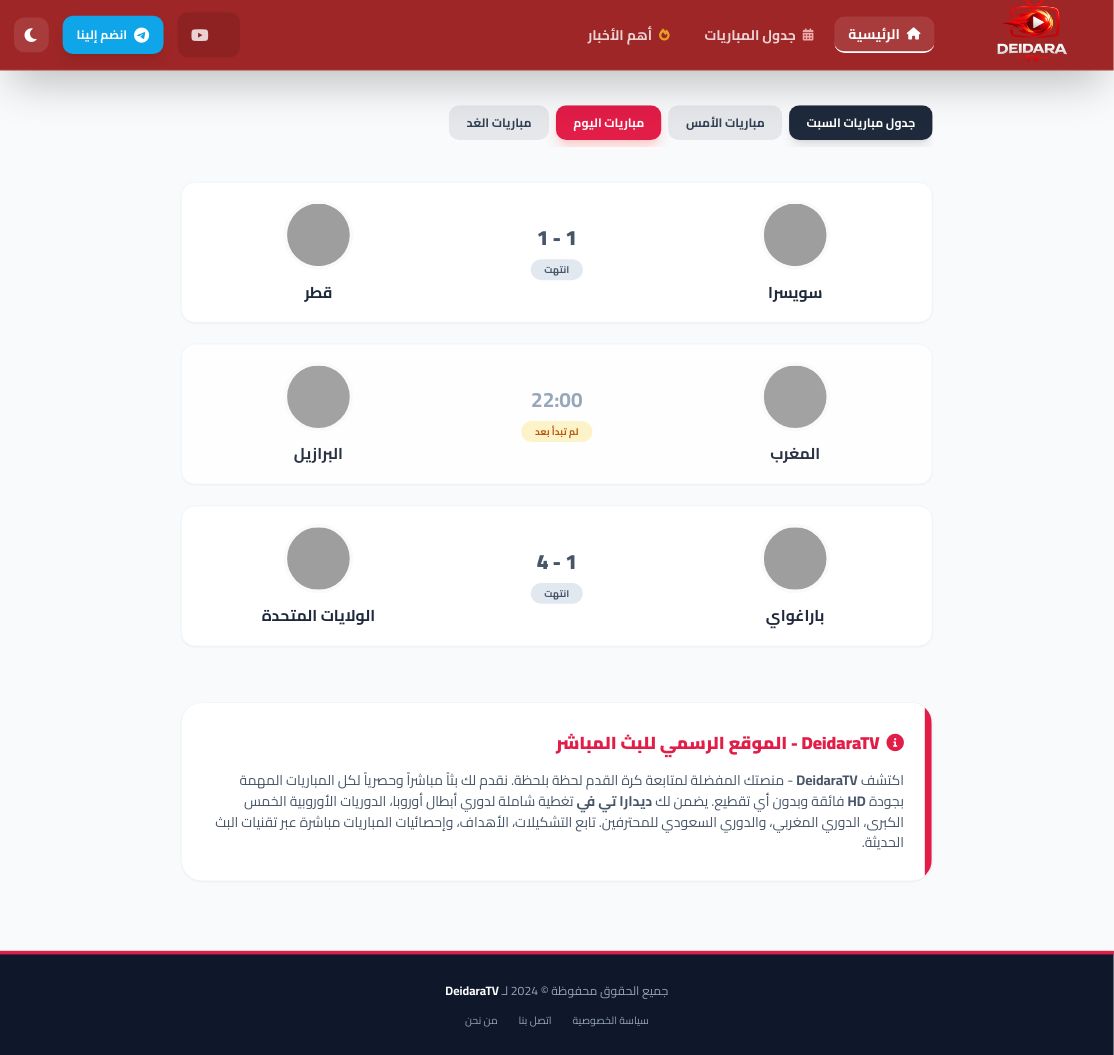
Repository: zakariax05/deidaraTV
Page: index.html
These files come from the project's save history. The page is drawn as it stood at one moment and after the next save; the edit follows.
The browser window is 1280 px wide. The pictures show the whole page, at 87% of full size.
Pictures or frames that could not be fetched are drawn as grey boxes. Some web libraries are served in a nearby version.

Above is the page before, as saved 2026-06-14 02:46:39.

After the next save:
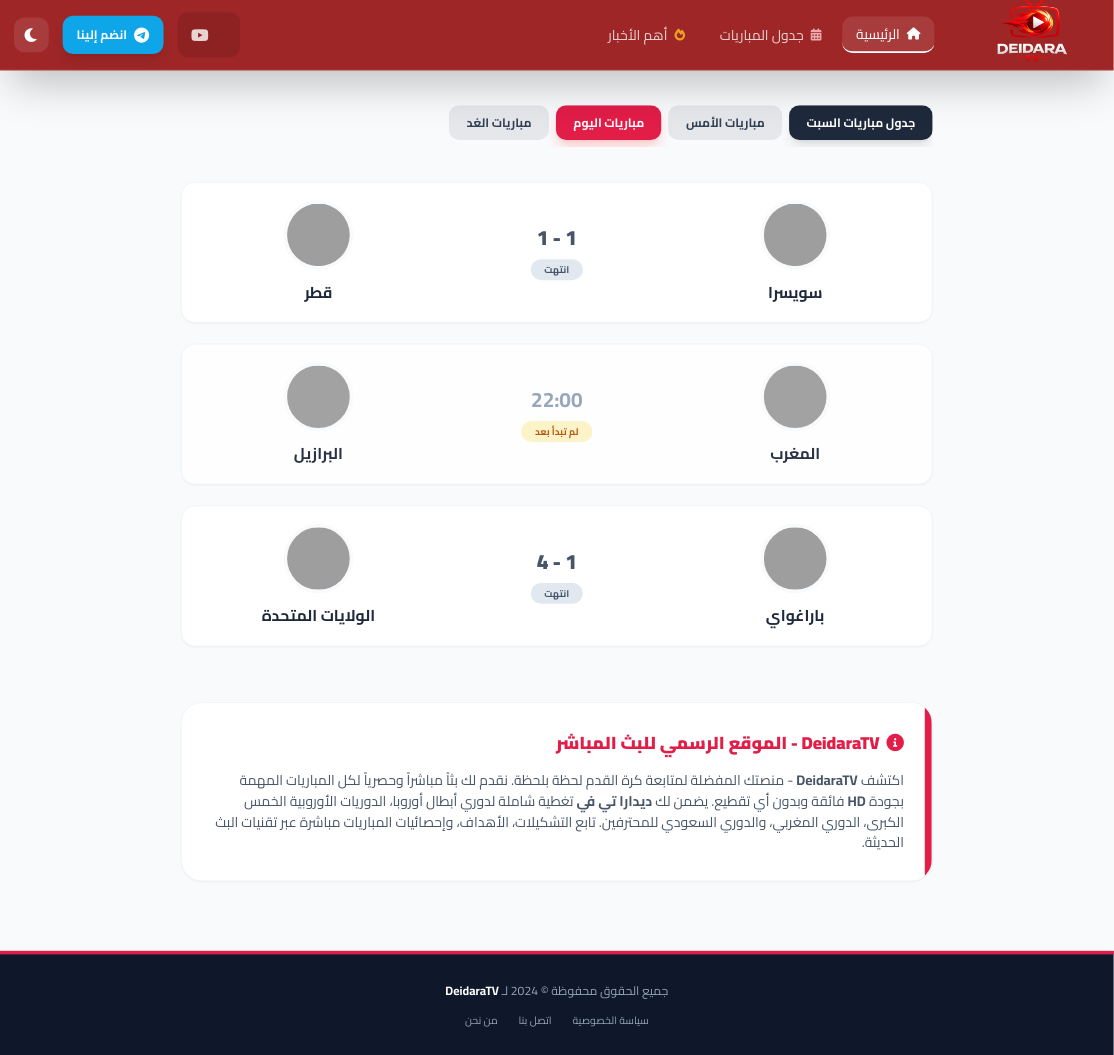
Saved 24 s later.
--- a/index.html
+++ b/index.html
@@ -59,15 +59,15 @@
           <!-- الروابط الأساسية (تظهر في الشاشات الكبيرة) -->
           <nav class="hidden lg:flex items-center gap-2">
             <a href="#"
-              class="flex items-center gap-2 px-4 py-2 rounded-xl bg-white/10 hover:bg-white/20 transition-all font-bold border-b-2 border-white">
+              class="flex items-center gap-2 px-4 py-2 rounded-xl bg-white/10 hover:bg-white/20 transition-all border-b-2 border-white">
               <i class="fas fa-home text-sm"></i> الرئيسية
             </a>
             <a href="#"
-              class="flex items-center gap-2 px-4 py-2 rounded-xl hover:bg-white/10 transition-all font-bold opacity-80 hover:opacity-100">
+              class="flex items-center gap-2 px-4 py-2 rounded-xl hover:bg-white/10 transition-all opacity-80 hover:opacity-100">
               <i class="fas fa-calendar-alt text-sm text-red-200"></i> جدول المباريات
             </a>
             <a href="#"
-              class="flex items-center gap-2 px-4 py-2 rounded-xl hover:bg-white/10 transition-all font-bold opacity-80 hover:opacity-100">
+              class="flex items-center gap-2 px-4 py-2 rounded-xl hover:bg-white/10 transition-all opacity-80 hover:opacity-100">
               <i class="fas fa-fire text-sm text-amber-400"></i> أهم الأخبار
             </a>
           </nav>
